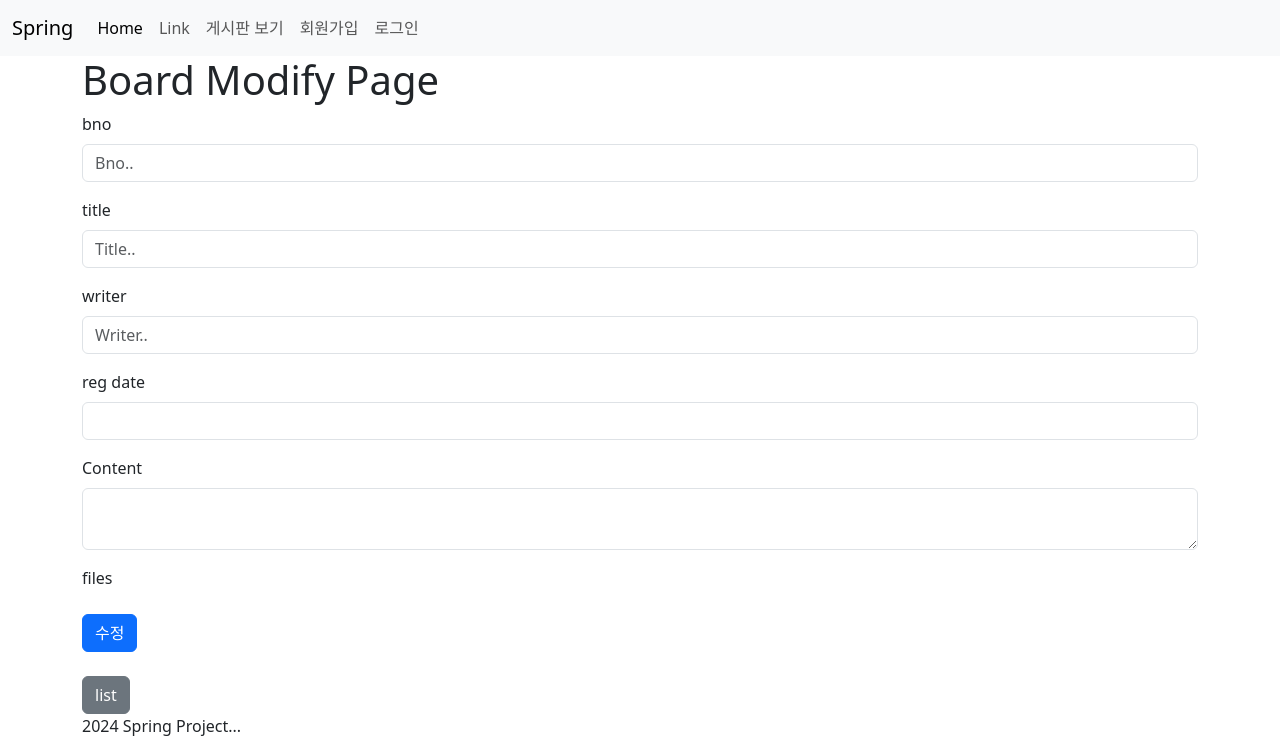
Repository: gajami-kim/240430_Spring_Study
Page: http://localhost/spring_study/WEB-INF/views/board/modify.jsp
An editor plug-in stored every save of this project. The page is shown before and after the next save, followed by the edit.
The browser window is 1280 px wide. The pictures show the whole page.
The page is served by Tomcat 9. Nobody is signed in. The template is opened directly, without the code that normally fills it, so the values that code supplies are empty.

Above is the page before, as saved 2024-04-29 08:34:30.

### spring_study/src/main/webapp/WEB-INF/views/board/modify.jsp
<%@ page language="java" contentType="text/html; charset=UTF-8"
    pageEncoding="UTF-8"%>
    <%@ taglib uri="http://java.sun.com/jsp/jstl/core" prefix="c"%>
<jsp:include page="../layout/header.jsp" />

<div class="container-sm">
<h1>Board Modify Page</h1>
	<c:set value="${bdto.bvo }" var="bvo" />
	<form action="/board/modify" method="post">
		<div class="mb-3">
		  <label for="n" class="form-label">bno</label>
		  <input type="text" class="form-control" name="bno" id="n" value="${bvo.bno }" placeholder="Bno.." readonly="readonly">
		</div>
		<div class="mb-3">
		  <label for="t" class="form-label">title</label>
		  <input type="text" class="form-control" name="title" id="t" value="${bvo.title }" placeholder="Title..">
		</div>
		<div class="mb-3">
		  <label for="w" class="form-label">writer</label>
		  <input type="text" class="form-control" name="writer" id="w" value="${bvo.writer }" placeholder="Writer.." readonly="readonly">
		</div>
		<div class="mb-3">
		  <label for="r" class="form-label">reg date</label>
		  <input type="text" class="form-control" name="reg_date" id="r" aria-label="With textarea" value="${bvo.reg_date }" readonly="readonly"></input>
		</div>
		<div class="mb-3">
		  <label for="c" class="form-label">Content</label>
		  <textarea class="form-control" name="content" id="c" aria-label="With textarea" >${bvo.content }</textarea>
		</div>
		<c:set  value="${bdto.flist }" var="flist"/>
		<div class="mb-3">
			<ul class="list-group list-group-flush">
				<!-- 파일 개수만큼 li를 반복해서 파일표시, 타입이 1인 경우에만 표시 -->
				<!-- li -> div -> img -->
				<!--    -> div -> 파일이름, 작성일, span 파일사이즈 -->
				<c:forEach items="${flist }" var="fvo">
		  			<li class="list-group-item">
		  				<c:choose>
		  					<c:when test="${fvo.file_type > 0 }">
		  						<div>
		  							<img alt="" src="/upload/${fvo.save_dir }/${fvo.uuid }_${fvo.file_name }">
		  						</div>
		  					</c:when>
		  					<c:otherwise>
		  						<div>
		  							<!-- 파일타입이 0인 경우 아이콘 모양 하나 가져와서 넣기 -->
		  						</div>
		  					</c:otherwise>
		  				</c:choose>
	  					<div>
	  						<!-- 파일이름, 작성일, 사이즈 -->
	  						<div>${fvo.file_name }</div>
	  						${fvo.reg_date }
	  						<span class="badge text-bg-light">${fvo.file_size }Byte</span>
	  					</div>
		  			</li>
				</c:forEach>
		  	</ul>
		  <label for="file" class="form-label">files</label>
		  <input type="file" class="form-control" name="files" id="file" multiple="multiple" style="display: none"> <br>
		</div>
		<button type="submit" class="btn btn-primary">수정</button>
	</form>
	<br>
	<a href="/board/list"><button type="button" class="btn btn-secondary">list</button></a>
</div>

<jsp:include page="../layout/footer.jsp" />

### spring_study/src/main/webapp/WEB-INF/views/layout/header.jsp
<%@ page language="java" contentType="text/html; charset=UTF-8"
    pageEncoding="UTF-8"%>
    <%@ taglib uri="http://java.sun.com/jsp/jstl/core" prefix="c"%>
<!DOCTYPE html>
<html>
<head>
<meta charset="UTF-8">
<title>header.jsp</title>
</head>
<link href="https://cdn.jsdelivr.net/npm/bootstrap@5.3.3/dist/css/bootstrap.min.css" rel="stylesheet" integrity="sha384-QWTKZyjpPEjISv5WaRU9OFeRpok6YctnYmDr5pNlyT2bRjXh0JMhjY6hW+ALEwIH" crossorigin="anonymous">
<script src="https://cdn.jsdelivr.net/npm/bootstrap@5.3.3/dist/js/bootstrap.bundle.min.js" integrity="sha384-YvpcrYf0tY3lHB60NNkmXc5s9fDVZLESaAA55NDzOxhy9GkcIdslK1eN7N6jIeHz" crossorigin="anonymous"></script>
<body>
<nav class="navbar navbar-expand-lg bg-body-tertiary">
  <div class="container-fluid">
  	<!-- href로 '/'만 달면 HomeController에 의해 index로 이동 -->
    <a class="navbar-brand" href="/">Spring</a>
    <button class="navbar-toggler" type="button" data-bs-toggle="collapse" data-bs-target="#navbarSupportedContent" aria-controls="navbarSupportedContent" aria-expanded="false" aria-label="Toggle navigation">
      <span class="navbar-toggler-icon"></span>
    </button>
    <div class="collapse navbar-collapse" id="navbarSupportedContent">
      <ul class="navbar-nav me-auto mb-2 mb-lg-0">
        <li class="nav-item">
          <a class="nav-link active" aria-current="page" href="/">Home</a>
        </li>
        <li class="nav-item">
          <a class="nav-link" href="/">Link</a>
        </li>
        <c:if test="${ses.id ne null }">
        <li class="nav-item">
          <a class="nav-link" href="/board/register">게시판 글쓰기</a>
        </li>
        </c:if>
        <li class="nav-item">
          <a class="nav-link" href="/board/list">게시판 보기</a>
        </li>
        <c:if test="${ses.id eq null }">
        <li class="nav-item">
          <a class="nav-link" href="/member/register">회원가입</a>
        </li>
        <li class="nav-item">
          <a class="nav-link" href="/member/login">로그인</a>
        </li>
        </c:if>
        <c:if test="${ses.id ne null }">
        <li class="nav-item">
          <a class="nav-link" href="/member/logout">로그아웃</a>
        </li>
        <li class="nav-item">
          <a class="nav-link" href="/member/modify">${ses.id }(${ses.email }) Welcome!!</a>
        </li>
        </c:if>
      </ul>
    </div>
  </div>
</nav>

### spring_study/src/main/webapp/WEB-INF/views/layout/footer.jsp
<%@ page language="java" contentType="text/html; charset=UTF-8"
    pageEncoding="UTF-8"%>

<div class="container-sm">
	2024 Spring Project...
</div>

</body>
</html>

After the next save:
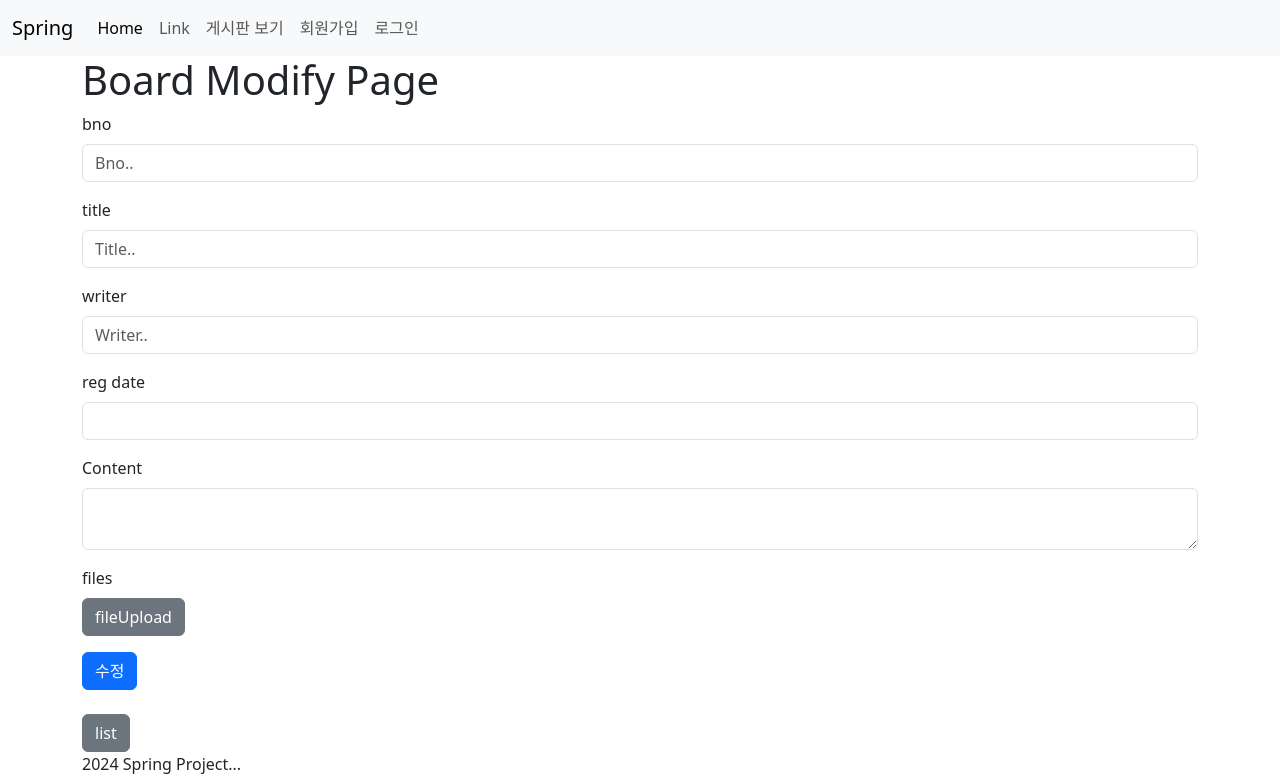
Saved 25 s later.
--- a/spring_study/src/main/webapp/WEB-INF/views/board/modify.jsp
+++ b/spring_study/src/main/webapp/WEB-INF/views/board/modify.jsp
@@ -58,6 +58,7 @@
 		  	</ul>
 		  <label for="file" class="form-label">files</label>
 		  <input type="file" class="form-control" name="files" id="file" multiple="multiple" style="display: none"> <br>
+		    <button type="button" class="btn btn-secondary" id="trigger">fileUpload</button>
 		</div>
 		<button type="submit" class="btn btn-primary">수정</button>
 	</form>
